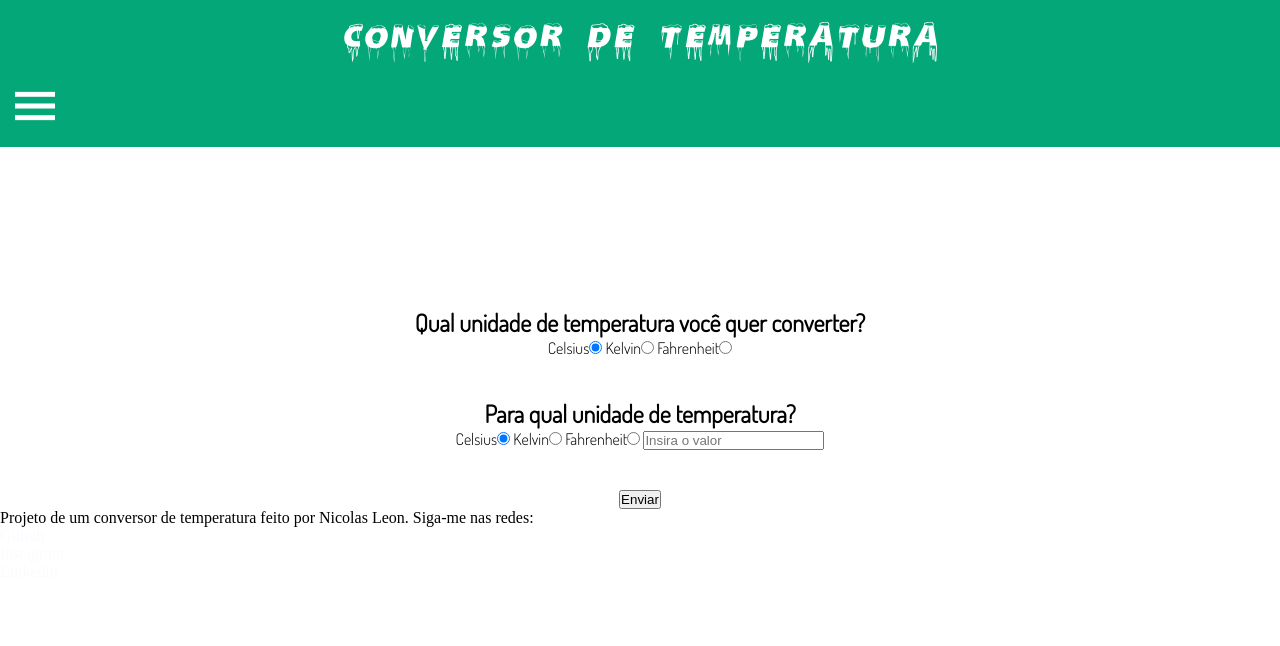
Repository: Leonngc/Conversor-de-temperatura
Page: index.html
The author's editor kept a copy of each file at every save. The page is drawn from the files as they stood at one save, then again after the next save.
The browser window is 1280 px wide. The pictures show the whole page.
Some web libraries are served in a nearby version.

Above is the page before, as saved 2023-02-10 23:19:22.

After the next save:
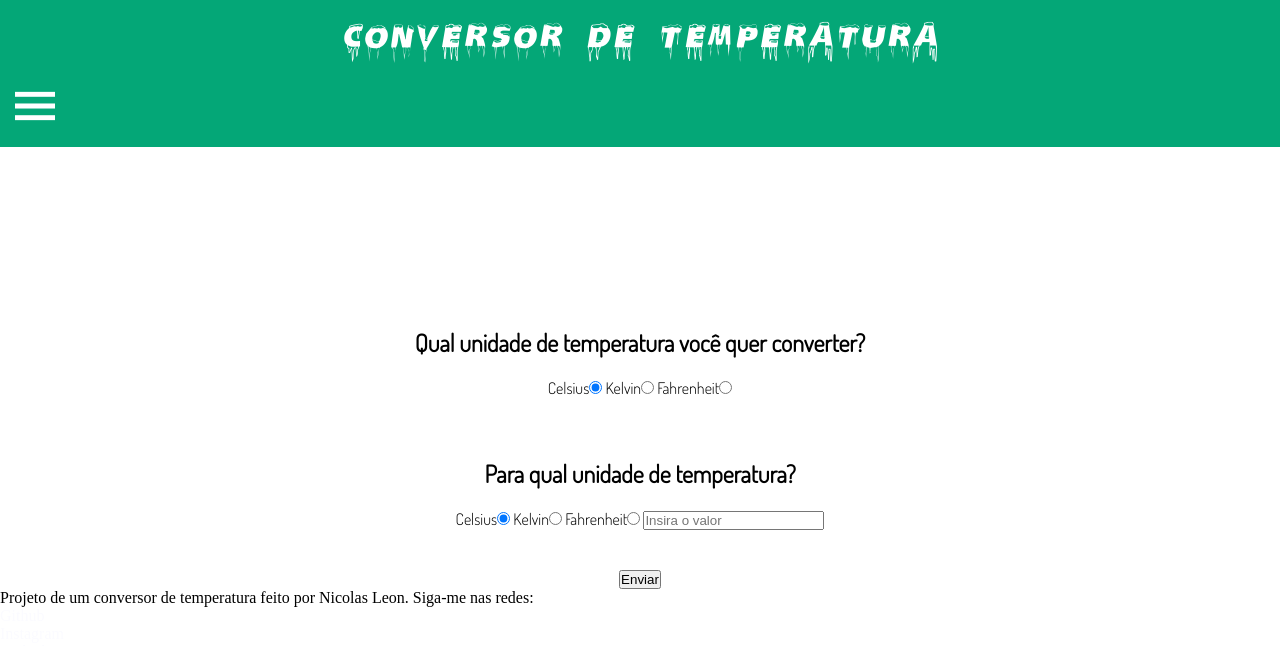
Saved 6 s later.
--- a/style.css
+++ b/style.css
@@ -82,4 +82,6 @@ form{
 
 }
 
-form > h2{}
+form > h2{
+    padding: 20px;
+}
